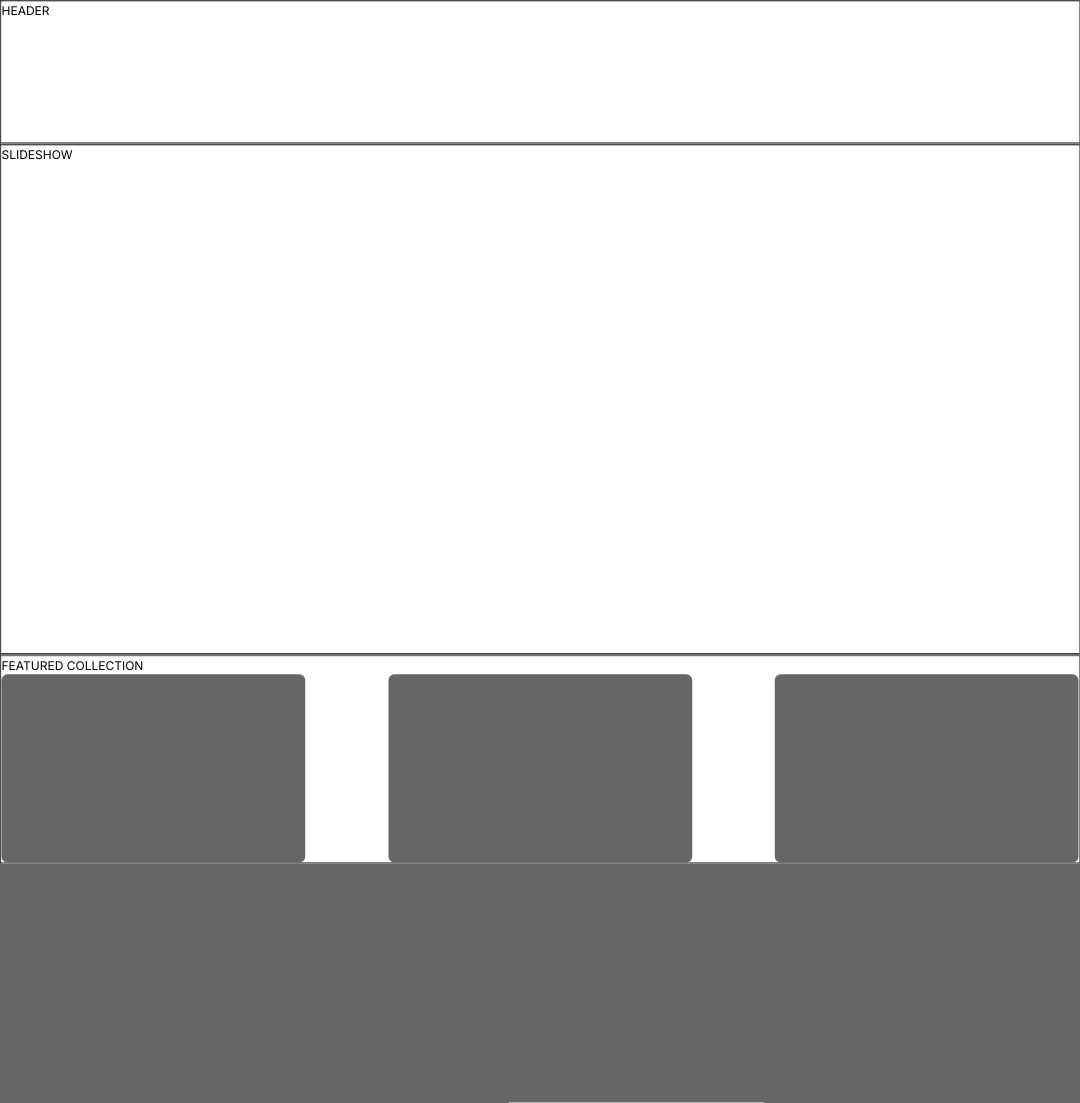
Repository: theophiloweb/landpage_disgital_store
Page: index.html
These files come from the project's save history. The page is drawn as it stood at one moment and after the next save; the edit follows.
The browser window is 1280 px wide. The page is 1440 px wide, so the pictures cover 1440 px, including what lies to the right of the window. The pictures show the whole page, at 75% of full size.

Above is the page before, as saved 2025-04-23 10:13:32.

### index.html
<!DOCTYPE html>
<html lang="en">

<head>
    <meta charset="UTF-8">
    <meta name="viewport" content="width=device-width, initial-scale=1.0">
    <title>Document</title>
    <script src="https://cdn.jsdelivr.net/npm/@tailwindcss/browser@4"></script>
    <link rel="stylesheet" href="style.css">
    <link rel="shortcut icon" href="./images/logo.svg" type="image/x-icon">
</head>

<body>

    <!-- Container principal  -->
    <div class="container">

        <header>
            <p>HEADER</p>
        </header>

        <main>

            <aside>

                <section class="slideshow">
                    <p>SLIDESHOW</p>
                </section>

                <section class="featured_collection">
                    <p>FEATURED COLLECTION</p>
                    <div class="img_featured_collection">
                        <div class="img_featured_collection_img1"></div>
                        <div class="img_featured_collection_img2"></div>
                        <div class="img_featured_collection_img3"></div>
                    </div>
                </section>

                <section class="featured_collection_2">

                    <div class="featured_collection_2_box1"></div>
                    <div class="featured_collection_2_box2"></div>


                </section>

            </aside>

        </main>
    </div>
</body>

</html>

### style.css
@import url('https://fonts.googleapis.com/css2?family=Inter:ital,opsz,wght@0,14..32,100..900;1,14..32,100..900&family=Oswald:wght@200..700&family=Roboto:ital,wght@0,100..900;1,100..900&display=swap');

:root{
    --color-dark: #1F1F1F;
    --dark-gray-1: #474747;
    --dark-gray-2: #666666;
    --light-gray-1:#8F8F8F;
    --light-gray-2: #CCCCCC;
    --light-gray-3: #F5F5F5;
    --white: #FFFFFF;
    --primary: #C92071;
    --secundary: #B5B6F2;
    --tTertiary: #991956;
    --error: #EE4266;
    --success: #52CA76;
    --warning: #F6AA1C;
    --primary-g: linear-gradient(top, #C92071 0%, #EDABCA 100%);
    --secondary-g: linear-gradient(top, #B5B6F2 0%, #EFEFFF 100%);
}

*{
    margin: 0;
    padding: 0;
    box-sizing: border-box;
    font-family: "Inter", sans-serif;
}

body{
    width: 100%;
    height: auto;
    display: grid;
    place-items: center;
    grid-template-columns: auto;
    grid-template-rows: auto;
}

.container{
    display: grid;
    grid-template-rows: 1fr;
    place-items: center;
    max-width: 1440px;

}

/* Header */
header{
    border: 2px groove var(--color-dark);
    width: 1440px;
    height: 192px;
}

/* Section Central Slideshow */
.slideshow{
    border: 2px groove var(--color-dark);
    width: 1440px;
    height: 681px;
}

/* Section Central featured_collection - Image */
.featured_collection{
    border: 2px groove var(--color-dark);
    max-width: 1440px;
}

.img_featured_collection{
    display: flex;

    justify-content: space-between;
}

.img_featured_collection_img1  {
    width: 405px;
    height: 251px;
    border-radius: 8px;
    background-color: var(--dark-gray-2);
}
.img_featured_collection_img2  {
    width: 405px;
    height: 251px;
    border-radius: 8px;
    background-color: var(--dark-gray-2);
}
.img_featured_collection_img3  {
    width: 405px;
    height: 251px;
    border-radius: 8px;
    background-color: var(--dark-gray-2);
}

/* Section Central featured_collection 2 */

.featured_collection_2{
    display: flex;
    justify-content: center;
    max-width: 1440px;
}

.featured_collection_2_box1{
    width: 1067.5px;
    height: 317.5px;
    background-color: var(--dark-gray-2);
}

.featured_collection_2_box2{
    width: 1067.5px;
    height: 317.5px;
    background-color: var(--dark-gray-2);
}

After the next save:
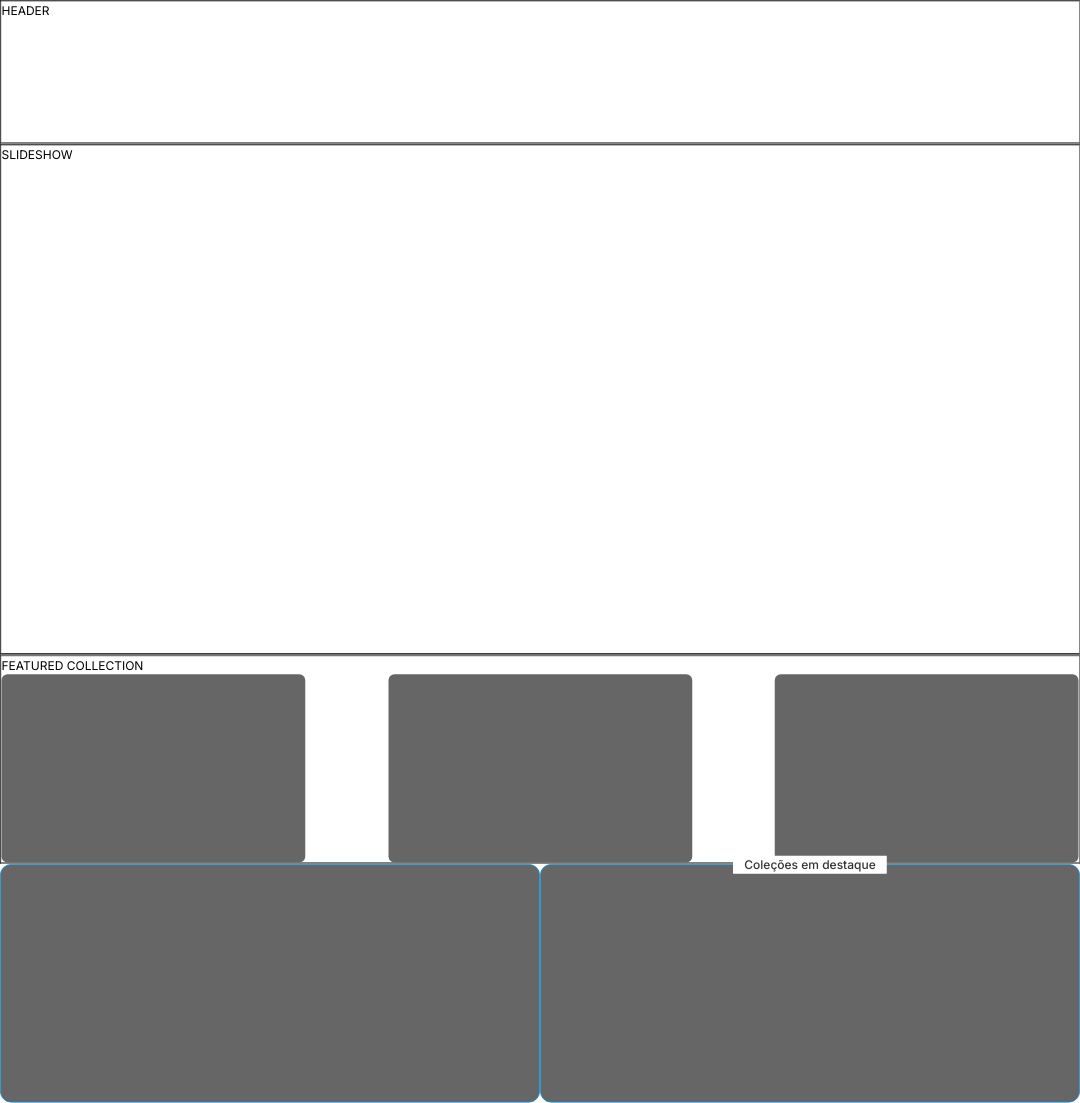
Saved 20 min 57 s later.
--- a/style.css
+++ b/style.css
@@ -89,20 +89,40 @@ header{
 
 /* Section Central featured_collection 2 */
 
-.featured_collection_2{
+.featured_collection_2 {
     display: flex;
     justify-content: center;
     max-width: 1440px;
-}
+  }
 
-.featured_collection_2_box1{
+  .featured_collection_2_box1 {
     width: 1067.5px;
     height: 317.5px;
     background-color: var(--dark-gray-2);
-}
+    border: 1px solid #0096e5;
+    border-radius: 15px;
+    position: relative;
+  }
 
-.featured_collection_2_box2{
+  .featured_collection_2_box2 {
     width: 1067.5px;
     height: 317.5px;
     background-color: var(--dark-gray-2);
-}
+    border: 1px solid #0096e5;
+    border-radius: 15px;
+    position: relative;
+  }
+
+  /* Título centralizado */
+  .featured_collection_2_box2::before {
+    content: "Coleções em destaque";
+    position: absolute;
+    top: -12px;
+    left: 50%;
+    transform: translateX(-50%);
+    background-color: #fff;
+    padding: 0 15px;
+    color: #333;
+    font-size: 16px;
+    font-weight: 500;
+  }
